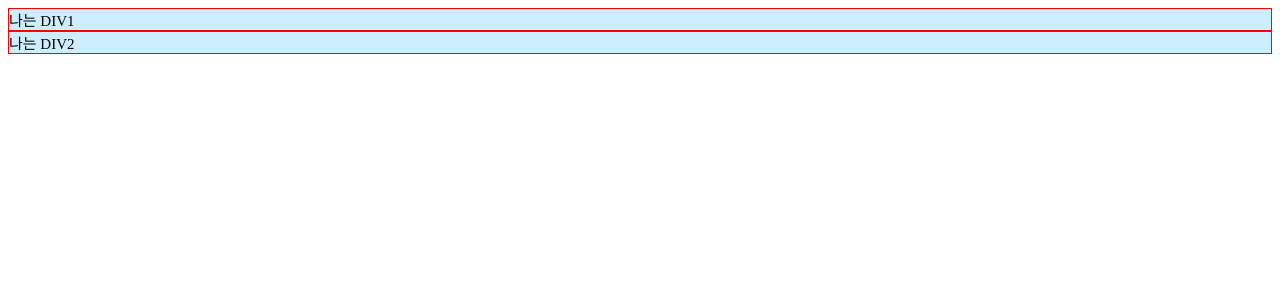
Repository: gold37/JAVA_HOME
Page: myjsp/myjsp/HTML5/WebContent/ch01_cssOrder/cssOrder.html
The author's editor kept a copy of each file at every save. The page is drawn from the files as they stood at one save, then again after the next save.
The browser window is 1280 px wide. The pictures show the whole page.

Above is the page before, as saved 2020-04-22 05:15:08.

After the next save:
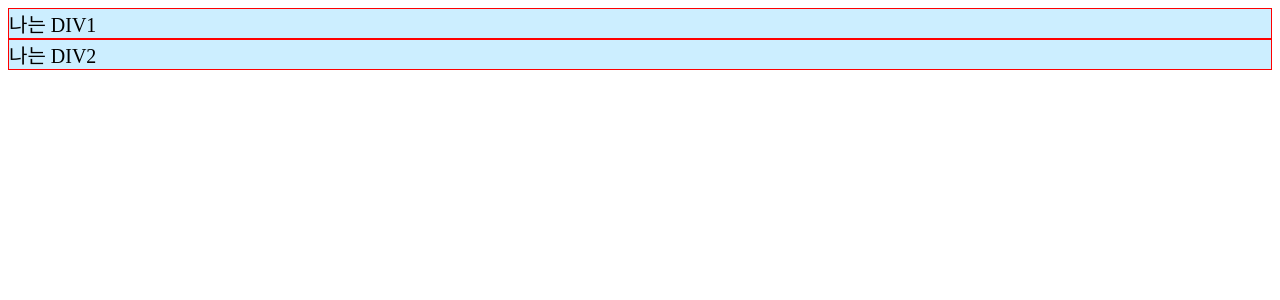
Saved 9 s later.
--- a/myjsp/myjsp/HTML5/WebContent/ch01_cssOrder/mycss.css
+++ b/myjsp/myjsp/HTML5/WebContent/ch01_cssOrder/mycss.css
@@ -5,6 +5,6 @@ div {
 	border: solid 3px pink; /* 테두리 실선 두께 (1px) 핑크색 */
 	background-color : #A566FF; /* 배경색 */
 
-	font-size: 15px; /* 글자크기 */
+	font-size: 15pt; /* 글자크기 */
 
 }
